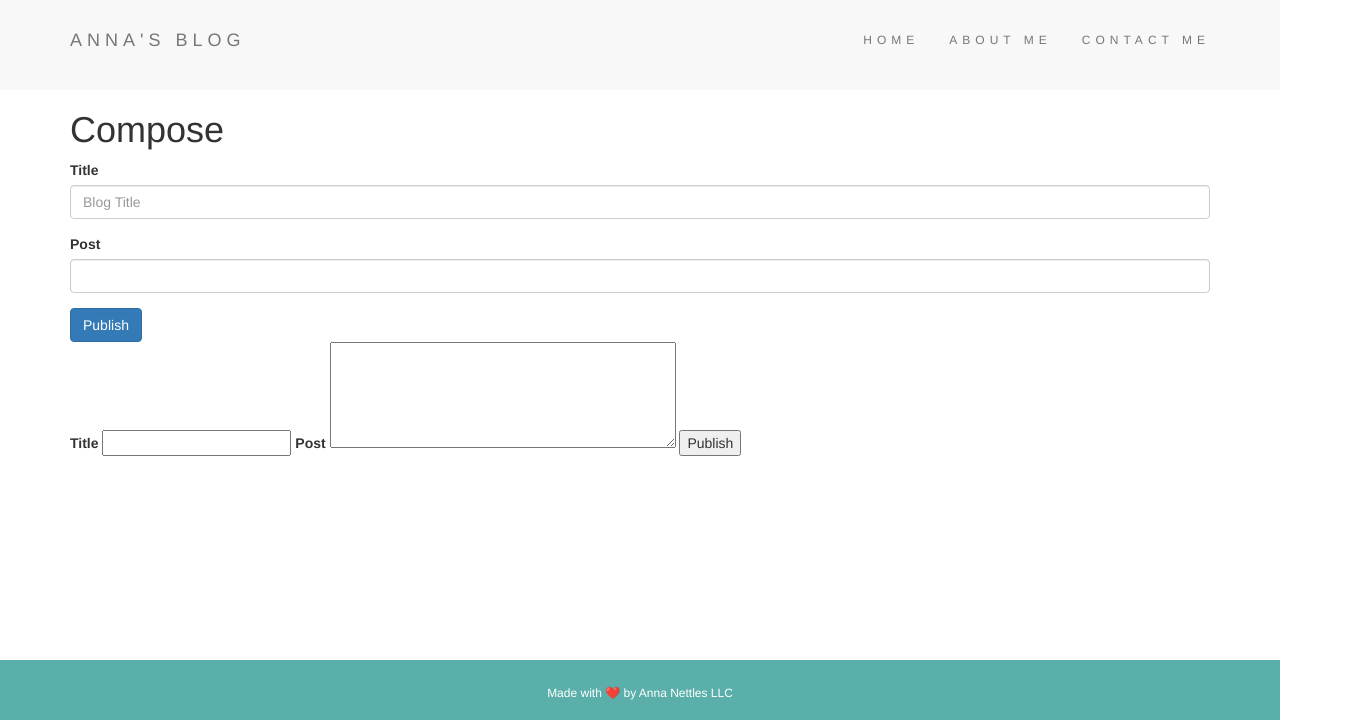
Repository: thecoachanna/blog
Page: http://localhost/compose
These files come from the project's save history. The page is drawn as it stood at one moment and after the next save; the edit follows.
The browser window is 1280 px wide. The page is 1280 px wide, then 1350 px, so the pictures cover 1350 px, including what lies to the right of the window. The pictures show the whole page.
The page is served by the project's Node server (app.js).

Above is the page before, as saved 2023-05-10 07:29:34.

### views/compose.ejs
<%- include("partials/header.ejs") %>

    <h1>Compose</h1>
    <form action="/compose" method="post">
        <div class="form-group">
          <label for="blogTitle">Title</label>
          <input type="text" class="form-control" id="" placeholder="Blog Title">

        </div>
        <div class="form-group">
          <label for="blogPost">Post</label>
          <inputtextarea type="password" class="form-control" id="exampleInputPassword1" placeholder="Password">
        </div>

        <button type="submit" name="button" class="btn btn-primary">Publish</button>
      </form>

        <label for="title">Title</label>
        <input type="text" name="postTitle" autocomplete="off">

        <label for="post">Post</label>
        <textarea type="text" name="post" cols="40" rows="5"></textarea>
        <button type="submit" name="button">Publish</button>


<%- include("partials/footer.ejs") %>

### views/partials/header.ejs
<!DOCTYPE html>
<html lang="en" dir="ltr">

<head>
  <meta charset="utf-8">
  <title>Anna's Blog</title>
  <meta charset="utf-8">
  <link rel="stylesheet" href="https://maxcdn.bootstrapcdn.com/bootstrap/3.3.7/css/bootstrap.min.css">
  <link rel="stylesheet" href="/css/styles.css">
  <nav class="navbar navbar-default">
    <div class="container">
      <div class="navbar-header">
        <p class="navbar-brand">ANNA'S BLOG</p>
      </div>
        <ul class="nav navbar-nav navbar-right">
          <!-- 6 -->
          <li id="home"><a href="/">HOME</a></li>
          <li id="about"><a href="/about">ABOUT ME</a></li>
          <li id="contact"><a href="/contact">CONTACT ME</a></li>
        </ul>
    </div>
  </nav>

  <body>
    <div class="container">

### views/partials/footer.ejs

</div>
<div class="footer-padding"></div>
  <div class="footer">
    <p>Made with ❤️ by Anna Nettles LLC</p>
  </div>
</div>
</body>
</html>

### app.js
//jshint esversion:6

const express = require("express");
const bodyParser = require("body-parser");
const ejs = require("ejs");

const homeStartingContent = "Lacus vel facilisis volutpat est velit egestas dui id ornare. Semper auctor neque vitae tempus quam. Sit amet cursus sit amet dictum sit amet justo. Viverra tellus in hac habitasse. Imperdiet proin fermentum leo vel orci porta. Donec ultrices tincidunt arcu non sodales neque sodales ut. Mattis molestie a iaculis at erat pellentesque adipiscing. Magnis dis parturient montes nascetur ridiculus mus mauris vitae ultricies. Adipiscing elit ut aliquam purus sit amet luctus venenatis lectus. Ultrices vitae auctor eu augue ut lectus arcu bibendum at. Odio euismod lacinia at quis risus sed vulputate odio ut. Cursus mattis molestie a iaculis at erat pellentesque adipiscing.";
const aboutContent = "Hac habitasse platea dictumst vestibulum rhoncus est pellentesque. Dictumst vestibulum rhoncus est pellentesque elit ullamcorper. Non diam phasellus vestibulum lorem sed. Platea dictumst quisque sagittis purus sit. Egestas sed sed risus pretium quam vulputate dignissim suspendisse. Mauris in aliquam sem fringilla. Semper risus in hendrerit gravida rutrum quisque non tellus orci. Amet massa vitae tortor condimentum lacinia quis vel eros. Enim ut tellus elementum sagittis vitae. Mauris ultrices eros in cursus turpis massa tincidunt dui.";
const contactContent = "Scelerisque eleifend donec pretium vulputate sapien. Rhoncus urna neque viverra justo nec ultrices. Arcu dui vivamus arcu felis bibendum. Consectetur adipiscing elit duis tristique. Risus viverra adipiscing at in tellus integer feugiat. Sapien nec sagittis aliquam malesuada bibendum arcu vitae. Consequat interdum varius sit amet mattis. Iaculis nunc sed augue lacus. Interdum posuere lorem ipsum dolor sit amet consectetur adipiscing elit. Pulvinar elementum integer enim neque. Ultrices gravida dictum fusce ut placerat orci nulla. Mauris in aliquam sem fringilla ut morbi tincidunt. Tortor posuere ac ut consequat semper viverra nam libero.";

const app = express();

app.set('view engine', 'ejs');

app.use(bodyParser.urlencoded({extended: true}));
app.use(express.static("public"));

// Home Page
app.get('/', (req, res) => {
  res.render('home', { startingContent: homeStartingContent })
})

// About Page
app.get('/about', (req, res) => {
  res.render('about', { about: aboutContent })
})

// Contact Page
app.get('/contact', (req, res) => {
  res.render('contact', { contact: contactContent })
})

// Compose Page - GET
app.get('/compose', (req, res) => {
  res.render('compose')
})

// Compose Page - POST
app.post('/compose', (req, res) => {
  let newBlog = req.body.blog
  console.log(newBlog)
  res.render('compose')
})











app.listen(3000, function() {
  console.log("Server started on port 3000");
});

### public/css/styles.css
.container-fluid {
    padding-top: 70px;
    padding-bottom: 70px;
}
.navbar {
    padding-top: 15px;
    padding-bottom: 15px;
    border: 0;
    border-radius: 0;
    margin-bottom: 0;
    font-size: 12px;
    letter-spacing: 5px;
}
.navbar-nav  li a:hover {
    color: #5AAFAA !important;
}

.footer-padding {
	padding-bottom: 60px;
}

.footer {
	position: absolute;
	text-align: center;
	bottom: 0;
	width: 100%;
	height: 60px;
	background-color: #5AAFAA;
}

.footer p {
	margin-top: 25px;
	font-size: 12px;
  color: #fff;
}

After the next save:
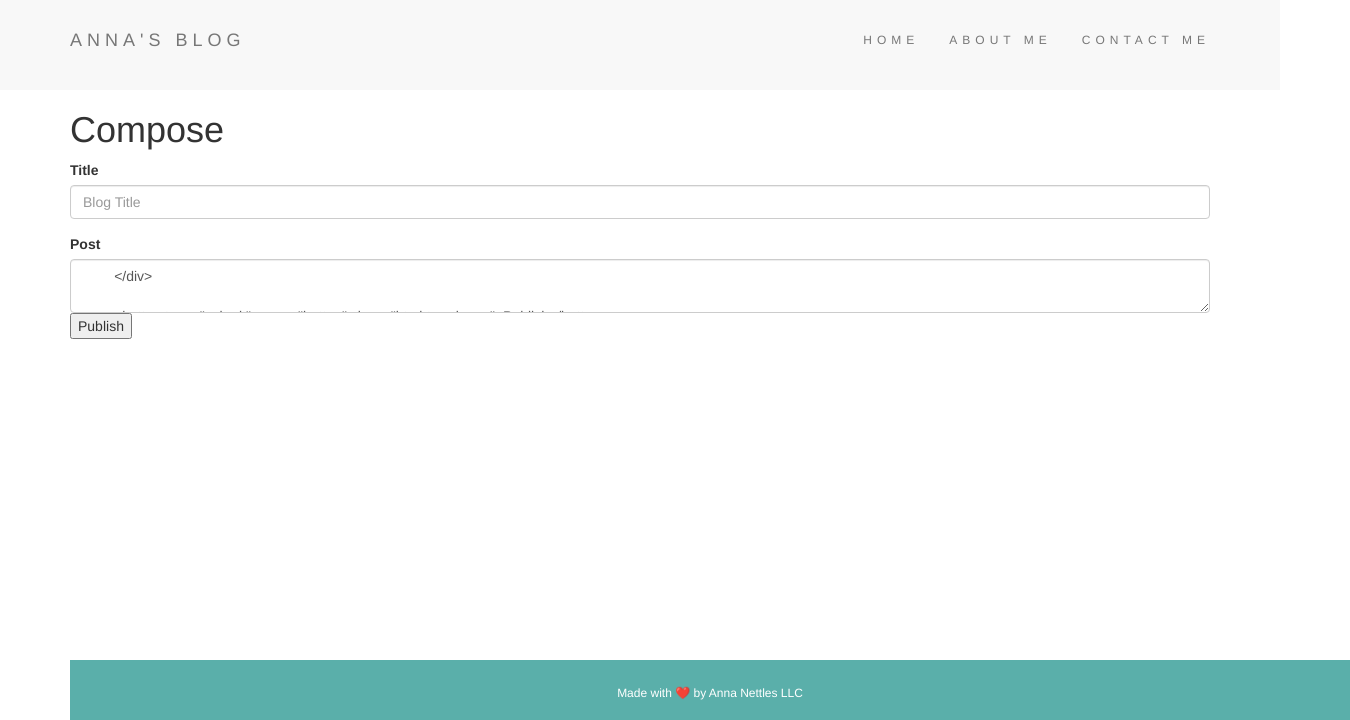
Saved 5 s later.
--- a/views/compose.ejs
+++ b/views/compose.ejs
@@ -9,7 +9,7 @@
         </div>
         <div class="form-group">
           <label for="blogPost">Post</label>
-          <inputtextarea type="password" class="form-control" id="exampleInputPassword1" placeholder="Password">
+          <textarea type="password" class="form-control" id="exampleInputPassword1" placeholder="Password">
         </div>
 
         <button type="submit" name="button" class="btn btn-primary">Publish</button>
